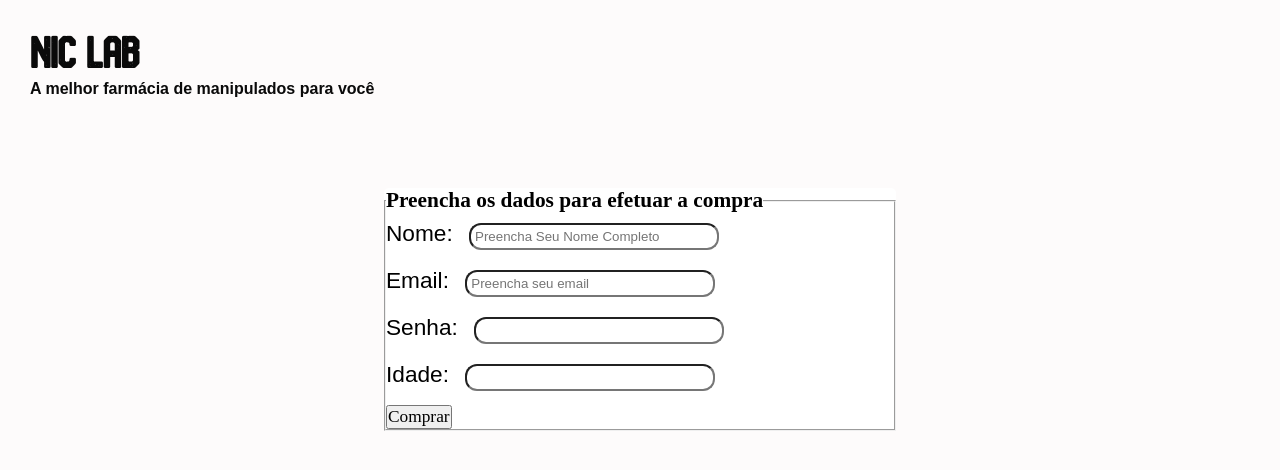
Repository: Leonngc/Lab
Page: comprar.html
An editor plug-in stored every save of this project. The page is shown before and after a run of saves, followed by the edit.
The browser window is 1280 px wide. The pictures show the whole page.

Above is the page before, as saved 2022-12-30 12:33:12.

### comprar.html
<!DOCTYPE html>
<html lang="en">
<head>
    <meta charset="UTF-8">
    <meta http-equiv="X-UA-Compatible" content="IE=edge">
    <meta name="viewport" content="width=device-width, initial-scale=1.0">
    <title>Nic Lab</title>
    <link rel="stylesheet" href="styles/pag-compra.css">
</head>
<body>
    <header id="tit">
        <h1 id="main">NIC LAB</h1>
        <h4 id="sub">A melhor farmácia de manipulados para você</h4>
    </header>
 <div id="formu">

     <form>
         <fieldset>
            <legend><h4>Preencha os dados para efetuar a compra</h4></legend>
            <label for="nome">Nome: </label> <input id="nome" type="text" class="dados" required autocomplete="name" minlength="3" placeholder="Preencha seu nome completo"> <br>
            <label for="email">Email</label>: <input type="email" name="" id="email" class="dados" required autocomplete="email" placeholder="Preencha seu email"> <br>
            <label for="senha">Senha:</label> <input type="password" name="" id="senha" class="dados" required placeholder=""> <br>
            <label for="idade">Idade:</label> <input type="number" name="idade" id="idade" class="dados" required minlength="5" maxlength="10"> <br>
            <input type="submit" value="Comprar" id="compra" onclick="comprar()">
         </fieldset>

     </form>
 </div>
<script src="compra.js"></script>
</body>
</html>

### styles/pag-compra.css
@font-face {
    font-family: Safety;
    src: url(../fonts/No\ Safety\ Zone.ttf);
}

*{
    margin: 0;
    padding: 0;
    box-sizing: border-box;
}

header#tit{
    margin-left: 30px;
    margin-top: 30px;
    color: #0a0a0a;


}
h1{
    font-family: Safety;
    font-size: 32pt ;
}
h4#sub{
    font-family:Arial, Helvetica, sans-serif;
    font-size: 12pt;
}
h2#tit2{
    text-align: center;
    font-family: cursive;
}
body{
    background-color: #fdfbfb;
}

div#formu{
    background-color: #ffffff;
    font-size: 17pt;
    font-family: Arial, Helvetica, sans-serif;
    text-align: justify;
    margin: auto;
    margin-top: 90px;
    width: 40%;
    border-radius: 5px;

}
legend{
    font-size: 16pt;
    font-family: cursive;
}
input#compra{
    font-family: fantasy;
    font-size: 13pt;
}
input#nome{
    text-transform: capitalize;
}

.dados{
    border-radius: 12px;
    width: 250px;
    padding: 4px;
    margin: 10px;
}

### js/compra.js
function comprar(){
    let nome = document.getElementById('nome').value
    let idade = document.getElementById('idade').value
   if(idade < 18){
    alert('Infelizmente você não pode efetuar sua compra, pois você é menor de idade!')
   }else{
    window.location.href = "confirm.html"
    let res = document.getElementById('res')
    res.innerHTML = `${nome}, sua compra foi confirmada. agradecemos por confiar na <strong>Nic Lab</strong>`
}
}

After the next 3 saves:
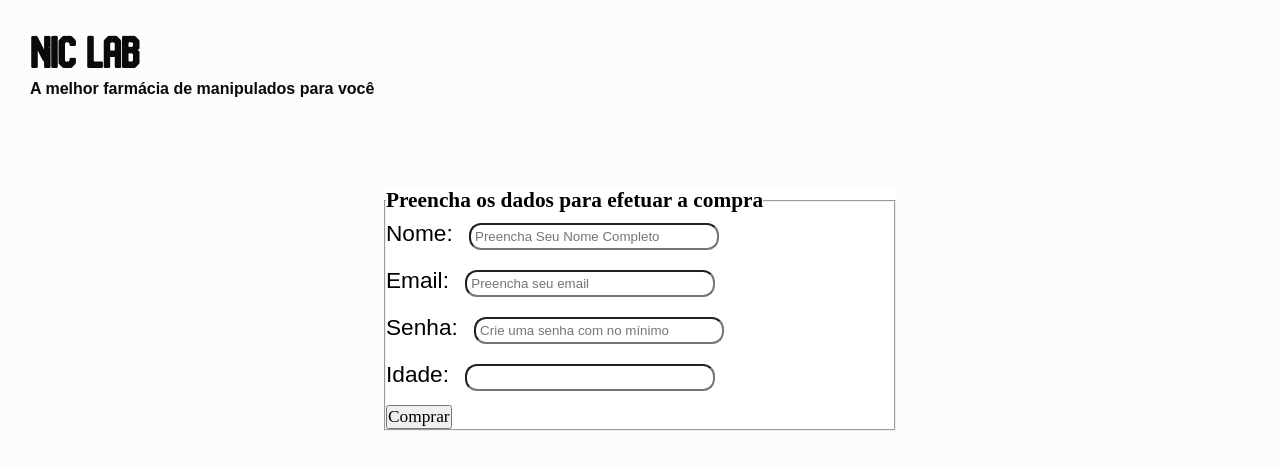
The 3 saves are shown as one change because they came seconds apart.
The last was saved 13 s later.
--- a/comprar.html
+++ b/comprar.html
@@ -19,7 +19,7 @@
             <legend><h4>Preencha os dados para efetuar a compra</h4></legend>
             <label for="nome">Nome: </label> <input id="nome" type="text" class="dados" required autocomplete="name" minlength="3" placeholder="Preencha seu nome completo"> <br>
             <label for="email">Email</label>: <input type="email" name="" id="email" class="dados" required autocomplete="email" placeholder="Preencha seu email"> <br>
-            <label for="senha">Senha:</label> <input type="password" name="" id="senha" class="dados" required placeholder=""> <br>
+            <label for="senha">Senha:</label> <input type="password" name="" id="senha" class="dados" required placeholder="Crie uma senha com no mínimo "> <br>
             <label for="idade">Idade:</label> <input type="number" name="idade" id="idade" class="dados" required minlength="5" maxlength="10"> <br>
             <input type="submit" value="Comprar" id="compra" onclick="comprar()">
          </fieldset>
